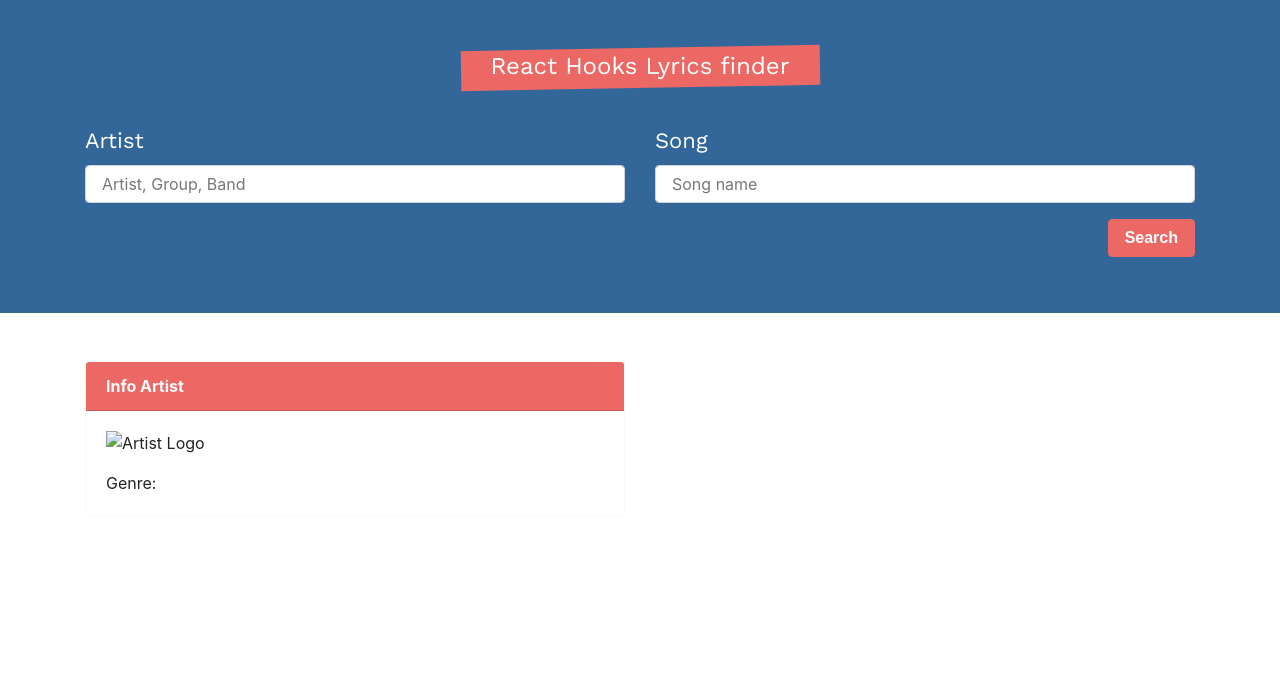
Repository: ppfeliuu/Lyrics-and-Band
Page: /
The author's editor kept a copy of each file at every save. The page is drawn from the files as they stood at one save, then again after a run of saves.
The browser window is 1280 px wide. The pictures show the whole page.
The page's requests for data from a server got no answer. Some web fonts or font styles are not loaded; a fallback is used. The project was rebuilt for these pictures with package versions that can differ from the ones it lists, and the page was loaded fresh each time. No one was signed in, and anything a server would have sent is missing. Also part of the build but not shown: src/components/Cancion.js.

Above is the page before, as saved 2019-06-24 11:23:34.

### public/index.html
<!DOCTYPE html>
<html lang="en">
  <head>
    <meta charset="utf-8" />
    <link rel="shortcut icon" href="%PUBLIC_URL%/favicon.ico" />
    <meta
      name="viewport"
      content="width=device-width, initial-scale=1, shrink-to-fit=no"
    />
    <meta name="theme-color" content="#000000" />
    <!--
      manifest.json provides metadata used when your web app is added to the
      homescreen on Android. See https://developers.google.com/web/fundamentals/web-app-manifest/
    -->
    <link rel="manifest" href="%PUBLIC_URL%/manifest.json" />
    <!--
      Notice the use of %PUBLIC_URL% in the tags above.
      It will be replaced with the URL of the `public` folder during the build.
      Only files inside the `public` folder can be referenced from the HTML.

      Unlike "/favicon.ico" or "favicon.ico", "%PUBLIC_URL%/favicon.ico" will
      work correctly both with client-side routing and a non-root public URL.
      Learn how to configure a non-root public URL by running `npm run build`.
    -->
    <title>App Música</title>

    <link href="https://fonts.googleapis.com/css?family=Work+Sans" rel="stylesheet">
    <link rel="stylesheet" href="https://use.fontawesome.com/releases/v5.7.1/css/all.css" integrity="sha384-fnmOCqbTlWIlj8LyTjo7mOUStjsKC4pOpQbqyi7RrhN7udi9RwhKkMHpvLbHG9Sr" crossorigin="anonymous">
   <link rel="stylesheet" href="https://bootswatch.com/4/journal/bootstrap.min.css">
  </head>
  <body>
    <noscript>You need to enable JavaScript to run this app.</noscript>
    <div id="root"></div>
    <!--
      This HTML file is a template.
      If you open it directly in the browser, you will see an empty page.

      You can add webfonts, meta tags, or analytics to this file.
      The build step will place the bundled scripts into the <body> tag.

      To begin the development, run `npm start` or `yarn start`.
      To create a production bundle, use `npm run build` or `yarn build`.
    -->
  </body>
</html>

### src/App.js
import React, { useState, useEffect, Fragment } from 'react';
import axios from 'axios';
import Cancion from './components/Cancion';
import Formulario from './components/Formulario';
import Informacion from './components/Informacion';

function App() {

  const [ artista, agregarArtista ] = useState('');
  const [ letra, agregarLetra ] = useState([]);
  const [ info, agregarInfo ] = useState({});


  // Consulta API canciones
  const consultarAPILetra = async busqueda => {
    //console.log(busqueda);
    const {artista, cancion} = busqueda;
    const url = `https://api.lyrics.ovh/v1/${artista}/${cancion}`;



    // consulta api
    const resultado = await axios(url);

    agregarArtista(artista);

    // console.log(resultado.data.lyrics);
    agregarLetra(resultado.data.lyrics);


  }

  // Consultar API info grupo
  const consultarAPIInfo = async () => {

    const url = `https://theaudiodb.com/api/v1/json/1/search.php?s=${artista}`;

    const resultado = await axios(url);

    agregarInfo(resultado.data.artists[0]);

  }

  useEffect(
    () => {
      consultarAPIInfo();
    }, [artista]
  )

  return (
    <Fragment>
      <Formulario
        consultarAPILetra={consultarAPILetra}
      />

      <div className="container mt-5">
        <div className="row">
          <div className="col-md-6">
              <Informacion
                info={info}
              />
          </div>
          <div className="col-md-6">
          <Cancion
              letra={letra}
            />
          </div>
        </div>
      </div>
    </Fragment>
  );
}

export default App;

### src/components/Formulario.js
import React, { useState, useEffect, Fragment } from 'react';

function Formulario({consultarAPILetra}) {


    const [busqueda, agregarBusqueda] = useState({
        artista: '',
        cancion: ''
    })

    //funcion para actualzar state del input

    const actualizarState = e => {
        agregarBusqueda({
            ...busqueda,
            [e.target.name] : e.target.value
        });

        //console.log(busqueda);
    }

    const enviarInformacion = e => {
        e.preventDefault();
        consultarAPILetra(busqueda);
    }

    return (
        <div className="bg-info">
          <div className="container">
              <div className="row">
                  <form onSubmit={enviarInformacion}
                    className="col card text-white bg-transparent  mb-5 pt-5 pb-2">
                      <fieldset>
                          <legend className="text-center">React Hooks Lyrics finder</legend>
                          <div className="row">
                              <div className="col-md-6">
                                <div className="form-group">
                                    <label>Artist</label>
                                    <input
                                        type="text"
                                        className="form-control"
                                        name="artista"
                                        placeholder="Artist, Group, Band "
                                        onChange={actualizarState}
                                        required
                                    />
                                </div>
                              </div>
                              <div className="col-md-6">
                                <div className="form-group">
                                    <label>Song</label>
                                    <input
                                        type="text"
                                        className="form-control"
                                        name="cancion"
                                        placeholder="Song name"
                                        onChange={actualizarState}
                                        required
                                    />
                                </div>
                              </div>
                          </div>
                          <button type="submit" className="btn btn-primary float-right">Search</button>
                      </fieldset>
                  </form>
              </div>
          </div>
      </div>
    )
}

export default Formulario;

### src/components/Informacion.js
import React from 'react';

function Informacion({info}) {
    return(
       <div className="card border-light">
           <div className="card-header bg-primary text-light font-weight-bold">
               Info Artist
           </div>
           <div className="card-body">
               <img src={info.strArtistThumb} alt="Artist Logo"/>
               <p className="card-text">Genre: {info.strGenre}</p>
           </div>
       </div>
    )
}

export default Informacion;

Loaded but not shown: src/index.js (common file); src/index.css (common file); src/serviceWorker.js (common file)

After the next 4 saves:
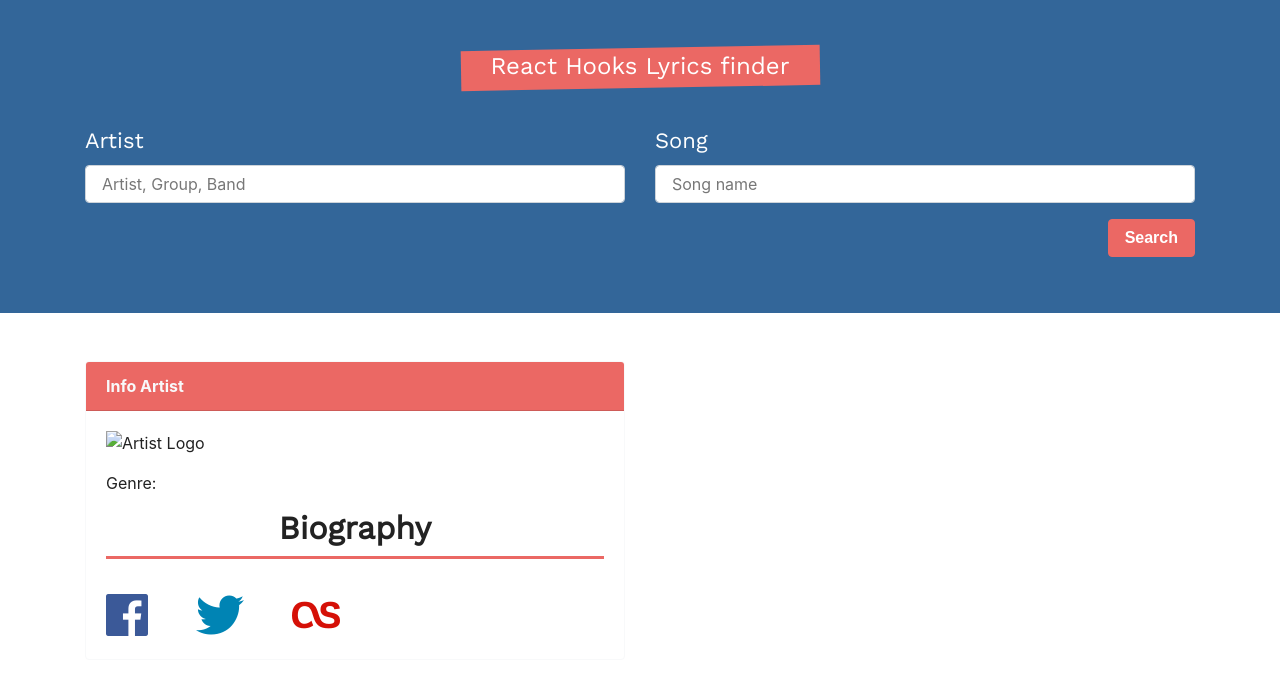
The 4 saves are shown as one change because 3 did not build or start.
The last was saved 6 min 4 s later.
--- a/src/components/Informacion.js
+++ b/src/components/Informacion.js
@@ -9,6 +9,19 @@ function Informacion({info}) {
            <div className="card-body">
                <img src={info.strArtistThumb} alt="Artist Logo"/>
                <p className="card-text">Genre: {info.strGenre}</p>
+               <h2 className="card-text text-center">Biography</h2>
+               <p className="card-text">{info.strBiographyEN}</p>
+               <p className="card-text">
+                   <a href={`https://${info.strFacebook}`} target="_blank" rel="noopener noreferrer">
+                       <i className="fab fa-facebook"></i>
+                   </a>
+                   <a href={`https://${info.strTwitter}`} target="_blank" rel="noopener noreferrer">
+                       <i className="fab fa-twitter"></i>
+                   </a>
+                   <a href={`${info.strLastFMChart}`} target="_blank" rel="noopener noreferrer">
+                       <i className="fab fa-lastfm"></i>
+                   </a>
+               </p>
            </div>
        </div>
     )
